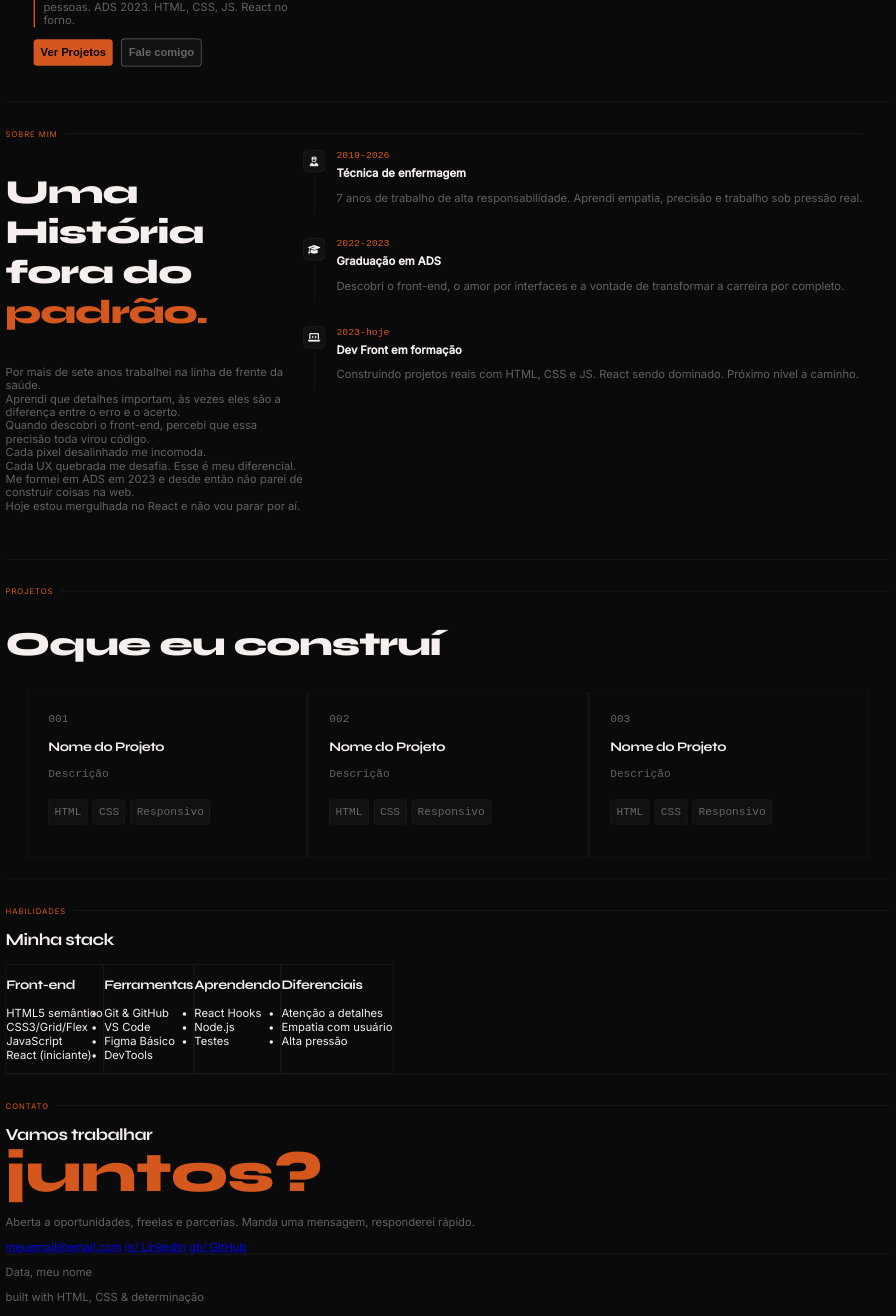
Repository: Bitroia/Portifolio
Page: index.html
An editor plug-in stored every save of this project. The page is shown before and after the next save, followed by the edit.
The browser window is 1280 px wide. The pictures show the part of the page from y = 670 to 2590 px (the page is 2550 px tall before and 2590 px after), at 70% of full size.
Some web fonts or font styles are not loaded; a fallback is used.

Above is the page before, as saved 2026-04-30 19:01:48.

### index.html
<!doctype html>
<html lang="pt-br">
  <head>
    <meta charset="UTF-8" />
    <meta name="viewport" content="width=device-width, initial-scale=1.0" />
    <link rel="stylesheet" href="styles/style.css" />
    <script src="scripts/script.js" defer></script>
    <link
      href="https://fonts.googleapis.com/css2?family=Syne:wght@400;700;800&family=Inter:wght@300;400;500&display=swap"
      rel="stylesheet"
    />
    <link
      href="https://fonts.googleapis.com/css2?family=Syne:wght@400;700;800&family=Syne+Mono&family=Inter:wght@300;400;500&display=swap"
      rel="stylesheet"
    />
    <link
      rel="stylesheet"
      href="https://cdnjs.cloudflare.com/ajax/libs/font-awesome/6.5.0/css/all.min.css"
    />
    <title>Meu portifólio</title>
  </head>
  <body>
    <header>
      <nav id="nav-container">
        <h2>vitoria.cardozo</h2>
        <ul id="ul-container">
          <li><a href="#">SOBRE</a></li>
          <li><a href="#">PROJETOS</a></li>
          <li><a href="#">SKILLS</a></li>
          <li><a href="#">CONTATO</a></li>
        </ul>
      </nav>
    </header>
    <main>
      <section id="hero-section">
        <section id="sections-container">
          <section id="introduction-section">
            <div id="available-container">
              <span class="dot-2"></span>
              <p class="available-p">Disponível para oportunidades</p>
            </div>
            <span class="line-1">Front-end</span>
            <span class="line-2">que veio da</span>
            <span class="accent">linha de frente</span>
            <p class="p-introduction">
              Da enfermagem para o código. Construo interfaces <br />
              com a mesma precisão que aprendi cuidando de <br />
              pessoas. ADS 2023. HTML, CSS, JS. React no forno.
            </p>
            <button id="projects-btn">Ver Projetos</button>
            <button id="talk-to-me-btn">Fale comigo</button>
          </section>
          <section id="secondary-section">
            <div id="info-container">
              <div class="terminal-bar">
                <span class="dot red"></span>
                <span class="dot yellow"></span>
                <span class="dot green"></span>
                <span class="terminal-title">perfil.json</span>
              </div>
              <div id="code-info-container">
                <pre><code><span class="t-comment">// desenvolvendo front-end</span>
          {
        <span class="t-key">"nome"</span>: <span class="t-str">"Vitoria Cardozo"</span>,
        <span class="t-key">"stack"</span>: [<span class="t-str">"HTML"</span>, <span class="t-str">"CSS"</span>, <span class="t-str">"JS"</span>, <span class="t-str">"React"</span>],
        <span class="t-key">"formação"</span>: <span class="t-str">"ADS 2023"</span>,
        <span class="t-key">"background"</span>: <span class="t-str">"Enfermagem"</span>,
        <span class="t-key">"status"</span>: <span class="t-const">open_to_work</span>
         }
                </code></pre>
              </div>
            </div>
            <ul class="mini-cards-container">
              <li class="mini-card">
                <span class="num">5+</span>
                <span class="label">Anos desenvolvendo atenção a detalhes</span>
              </li>
              <li class="mini-card">
                <span class="num">ADS</span>
                <span class="label"
                  >Graduação em Análise e desenvolvimento de Sistemas</span
                >
              </li>
              <li class="mini-card">
                <span class="num">3+</span>
                <span class="label">Projetos front-end no portfólio</span>
              </li>
              <li class="mini-card">
                <span class="num">&#8734;</span>
                <span class="label">Vontade de aprender e crescer</span>
              </li>
            </ul>
          </section>
        </section>
      </section>
      <section id="about-me-section">
        <span class="title">Sobre mim</span>
        <section id="history-section">
          <h1 class="font-history">
            <span class="font-history-1">Uma História</span><br />fora do
            <span class="font-history-2">padrão.</span>
          </h1>
          <p>
            Por mais de sete anos trabalhei na linha de frente da saúde. <br />
            Aprendi que detalhes importam, às vezes eles são a diferença entre o
            erro e o acerto. <br />
            Quando descobri o front-end, percebi que essa precisão toda virou
            código. <br />
            Cada pixel desalinhado me incomoda. <br />
            Cada UX quebrada me desafia. Esse é meu diferencial. <br />
            Me formei em ADS em 2023 e desde então não parei de construir coisas
            na web. <br />
            Hoje estou mergulhada no React e não vou parar por aí.
          </p>
        </section>
        <section id="experiences-section">
          <dl class="experiences-list">
            <div class="exp-row">
              <div class="exp-item">
                <div class="box-icon">
                  <i class="fa-solid fa-user-nurse icon"></i>
                </div>
              </div>
              <div class="exp-content">
                <dt class="date-exp">2019-2026</dt>
                <dd class="desc-exp">
                  <strong>Técnica de enfermagem</strong>
                  <p>
                    7 anos de trabalho de alta responsabilidade. Aprendi
                    empatia, precisão e trabalho sob pressão real.
                  </p>
                </dd>
              </div>
            </div>
            <div class="exp-row">
              <div class="exp-item">
                <div class="box-icon">
                  <i class="fa-solid fa-graduation-cap icon"></i>
                </div>
              </div>
              <div class="exp-content">
                <dt class="date-exp">2022-2023</dt>
                <dd class="desc-exp">
                  <strong>Graduação em ADS</strong>
                  <p>
                    Descobri o front-end, o amor por interfaces e a vontade de
                    transformar a carreira por completo.
                  </p>
                </dd>
              </div>
            </div>
            <div class="exp-row">
              <div class="exp-item">
                <div class="box-icon">
                  <i class="fa-solid fa-laptop-code icon"></i>
                </div>
              </div>
              <div class="exp-content">
                <dt class="date-exp">2023-hoje</dt>
                <dd class="desc-exp">
                  <strong>Dev Front em formação</strong>
                  <p>
                    Construindo projetos reais com HTML, CSS e JS. React sendo
                    dominado. Próximo nível a caminho.
                  </p>
                </dd>
              </div>
            </div>
          </dl>
        </section>
      </section>
      <section id="projects-section">
        <span class="title">Projetos</span>
        <h2 class="font-build">Oque eu construí</h2>
        <div id="article-container">
          <article class="project-card">
            <a href="#" class="link-overlay" target="_blank"></a>
            <span class="num-article">001</span>
            <h3>Nome do Projeto</h3>
            <p>Descrição</p>
            <ul class="tech-tags">
              <li>HTML</li>
              <li>CSS</li>
              <li>Responsivo</li>
            </ul>
          </article>
          <article class="project-card">
            <a href="#" class="link-overlay" target="_blank"></a>
            <span class="num-article">002</span>
            <h3>Nome do Projeto</h3>
            <p>Descrição</p>
            <ul class="tech-tags">
              <li>HTML</li>
              <li>CSS</li>
              <li>Responsivo</li>
            </ul>
          </article>
          <article class="project-card">
            <a href="#" class="link-overlay" target="_blank"></a>
            <span class="num-article">003</span>
            <h3>Nome do Projeto</h3>
            <p>Descrição</p>

            <ul class="tech-tags">
              <li>HTML</li>
              <li>CSS</li>
              <li>Responsivo</li>
            </ul>
          </article>
        </div>
      </section>
      <section id="skills-section">
        <span class="title">Habilidades</span>
        <h1>Minha stack</h1>
        <div id="stacks-container">
          <article class="stack-card">
            <h3>Front-end</h3>
            <ul class="stack-ul">
              <li>HTML5 semântico</li>
              <li>CSS3/Grid/Flex</li>
              <li>JavaScript</li>
              <li>React (iniciante)</li>
            </ul>
          </article>
          <article class="stack-card">
            <h3>Ferramentas</h3>
            <ul class="stack-ul">
              <li>Git & GitHub</li>
              <li>VS Code</li>
              <li>Figma Básico</li>
              <li>DevTools</li>
            </ul>
          </article>
          <article class="stack-card">
            <h3>Aprendendo</h3>
            <ul class="stack-ul">
              <li>React Hooks</li>
              <li>Node.js</li>
              <li>Testes</li>
            </ul>
          </article>
          <article class="stack-card">
            <h3>Diferenciais</h3>
            <ul class="stack-ul">
              <li>Atenção a detalhes</li>
              <li>Empatia com usuário</li>
              <li>Alta pressão</li>
            </ul>
          </article>
        </div>
      </section>
      <section id="go-to-work-section">
        <span class="title">Contato</span>
        <h1>
          Vamos trabalhar
          <span class="accent">juntos?</span>
        </h1>
        <p>
          Aberta a oportunidades, freelas e parcerias. Manda uma mensagem,
          responderei rápido.
        </p>
        <a href="#" class="contact-link">meuemail@email.com</a>
        <a href="#" class="contact-link">in/ LinkedIn</a>
        <a href="#" class="contact-link">gh/ GitHub</a>
      </section>
    </main>
    <footer>
      <p>Data, meu nome</p>
      <p>built with HTML, CSS & determinação</p>
    </footer>
  </body>
</html>

### styles/style.css
:root {
  --fundo-geral: #0a0a0a;
  --fundo-cards: #111111;
  --hovers: #d8b5b5;
  --text: #f5f0ee;
  --second-text: #f5f0ee61;
  --dark-text: #050202;
  --accent: #d4571e;
  --accent-hover: #ff6a2a;
  --border: #f5f0ee12;
  --t-str: #7dd3fc;
  --t-comment: #5a6a1f;
  --font-title: "Syne", sans-serif;
  --font-body: "Inter", sans-serif;
  --font-mono: 'Syne Mono', monospace;
}
@keyframes pulse {
  0%,
  100% {
    opacity: 1;
    transform: scale(1);
  }
  50% {
    opacity: 0.4;
    transform: scale(1.5);
  }
}
* {
  padding: 0;
}

h1,
h2,
h3 {
  font-weight: 600;
  letter-spacing: -0.03em;
  color: var(--text);
  font-family: var(--font-title);
}

.line-1,
.accent {
  font-family: var(--font-title);
  font-weight: 800;
}

.font-history {
  font-size: 3rem;
  font-weight: 800;
}

.font-history-2 {
  color: var(--accent);
}

p {
  color: var(--second-text);
  line-height: 1.2;
}

.title {
  display: flex;
  align-items: center;
  gap: 10px;
  width: 100%;
}
.title::after {
  content: "";
  flex: 1;
  height: 1px;
  background-color: var(--border);
}

body {
  background-color: var(--fundo-geral);
  color: var(--text);
  font-family: var(--font-body);
  font-weight: 400;
}

/* Header */

header {
  border-bottom: 1px solid var(--border);
}

#nav-container {
  display: flex;
  justify-content: space-between;
  padding: 0.5px;
}

#ul-container {
  display: flex;
  list-style: none;
  gap: 1rem;
}

#ul-container a {
  text-decoration: none;
  color: var(--second-text);
  font-size: 13px;
  transition: 0.5s;
}

#ul-container a:hover {
  color: var(--hovers);
}

/* Apresentação */

#available-container {
  display: flex;
  flex-direction: row;
  align-items: center;
  gap: 8px;
}

.line-1 {
  color: var(--text);
  display: block;
  font-size: 5rem;
  width: 100%;
  line-height: 1;
}

.line-2 {
  color: var(--second-text);
  display: block;
  font-size: 4rem;
  width: 100%;
  display: inline-block;
  line-height: 1;
}

.accent {
  color: var(--accent);
  font-size: 5rem;
  display: block;
  line-height: 1;
}

.available-p {
  color: var(--accent);
}

/* Cards */

#info-container {
  display: flex;
  flex-direction: column;
  width: 700px;
  border-radius: 5px;
}

.terminal-bar {
  display: flex;
  gap: 8px;
  align-items: center;
  padding: 10px 14px;
  background-color: #181818;
  border-bottom: 2px solid var(--fundo-cards);
  border-radius: 5px;
  margin-bottom: 0;
}
.dot-2 {
  background-color: #ccff00;
  animation: pulse 2s ease-in-out infinite;
  width: 5px;
  height: 5px;
  border-radius: 50%;
  display: inline-block;
}

.dot {
  width: 8px;
  height: 8px;
  border-radius: 50%;
  display: inline-block;
}

.dot.red {
  background-color: #ff5f57;
}
.dot.yellow {
  background: #ffbd2e;
}
.dot.green {
  background: #28c840;
}

.terminal-title {
  font-family: var(--font-mono);
  font-size: 11px;
  color: var(--second-text);
  margin: 0 auto;
}

#code-info-container {
  color: var(--second-text);
  background-color: var(--fundo-cards);
  border-radius: 3px;
  font-size: 12px;
  line-height: 2;
  height: 210px;
}

#code-info-container pre {
  margin: 0;
  padding: 1rem;
  white-space: pre; /* mantém a formatação do código */
  max-width: 100%; /* não vaza do pai */
}

.t-comment {
  color: var(--t-comment);
}

.t-key {
  color: var(--accent);
}

.t-str {
  color: var(--t-str);
}
/* Sessões */

#hero-section {
  padding: 0 40px 50px 0;
  margin-top: 3%;
  border-bottom: 1px solid var(--border);
}

#introduction-section {
  flex: 1;
}

#introduction-section .p-introduction {
  border-left: var(--accent) 2px solid;
  padding-left: 12px;
}

#secondary-section {
  width: 700px;
  height: 550px;
}

.mini-cards-container {
  display: grid;
  grid-template-columns: repeat(2, 1fr);
  gap: 16px;
  width: 700px;
}

.mini-card {
  display: flex;
  border: 1px solid var(--border);
  padding: 30px;
  list-style: none;
  text-align: center;
  flex-direction: column;
  border-radius: 5px;
  flex: 0 0 calc(50% - 8px);
  background-color: var(--fundo-cards);
}

.num {
  color: var(--accent);
  font-family: var(--font-title);
  font-size: 23px;
  font-weight: 800;
  letter-spacing: -0.03em;
  margin-bottom: 6px;
  text-align: left;
}

.mini-card .label {
  color: var(--second-text);
  text-align: left;
  margin-top: 5px;
  font-size: 16px;
  font-family: var(--font-mono);
}

#sections-container {
  display: flex;
  gap: 40px;
  margin-top: 3%;
  padding: 0 40px;
}

#introduction-section p {
  justify-self: left;
  display: block;
}

#about-me-section {
  padding: 0 40px 50px 0;
  margin-top: 3%;
  border-bottom: 1px solid var(--border);
  display: flex;
  flex-wrap: wrap;
}

.title,
.available-p {
  font-family: var(--mono);
  font-size: 11px;
  letter-spacing: 0.12em;
  text-transform: uppercase;
  color: var(--accent);
  display: flex;
  align-items: center;
  gap: 10px;
}

#history-section {
  flex: 1;
}

.date-exp {
  color: var(--accent);
  font-family: var(--font-mono);
  font-size: 14px;
  margin-bottom: 3px;
}

.experiences-list {
  display: flex;
  flex-direction: column;
  gap: 32px; /* espaço entre cada experiência */
}

.exp-item {
  position: relative;
}

.exp-content {
  display: flex;
  flex-direction: column;
}

.desc-exp {
  margin: 4px 0 0 0;
}

.box-icon {
  position: relative;
  flex-shrink: 0; /* impede o ícone de encolher */
  display: flex;
  align-items: center;
  border: 1px solid var(--border);
  justify-content: center;
  width: 30px;
  height: 30px;
  border-radius: 8px;
  background-color: var(--fundo-cards);
}

.icon {
  font-size: 14px;
}

.exp-item:not(:last-child) .box-icon::after {
  content: "";
  position: absolute;
  top: 100%;
  left: 50%;
  transform: translateX(-50%);
  width: 1px;
  height: 60px;
  background-color: var(--border);
}

/* Linha do tempo */

.exp-row {
  display: flex;
  gap: 16px;
  align-items: flex-start;
}

#projects-section {
  margin-top: 3%;
  border-bottom: 1px solid var(--border);
}

.font-build{
  font-size: 3rem;
  font-weight: 800;
}

#article-container{
  display: flex;
  margin: 30px;
  font-family: var(--font-mono);
}

.project-card{
  border: 1px solid var(--border);
  padding: 30px;
  width: 90%;
  text-align: left;
  border-radius: 5px;
  cursor: pointer;
  position: relative;
  overflow: hidden;
}

.project-card::before{
  content: '';
  position: absolute;
  top: 0;
  left: 0;
  right: 0;
  height: 2px;
  background: var(--accent);
  transform: scaleX(0);
  transform-origin: left;
  transition: transform 0.3s ease;
}

.project-card:hover{

background-color: var(--border);
}

.project-card:hover::before {
  transform: scaleX(1);
}

.link-overlay{
  position: absolute;
  inset: 0;
}

.num-article{
  color: var(--second-text);
  font-family: var(--font-mono);
}

.tech-tags{
  list-style: none;
  display: flex;
  gap: 7px;
}

.tech-tags li{
  border: 1px solid var(--border);
  text-align: center;
  background-color: var(--fundo-cards);
  border-radius: 5px;
  padding: 8px;
  color: var(--second-text);
  margin-top: 10px;
}

#skills-section {
  margin-top: 3%;
  border-bottom: 1px solid var(--border);
}

#stacks-container{
  display: flex;
}

.stack-card{
  border: 1px solid var(--border);
}

#go-to-work-section {
  margin-top: 3%;
  border-bottom: 1px solid var(--border);
}
/* Botões */

#projects-btn {
  background-color: var(--accent);
  padding: 10px;
  border-radius: 5px;
  border: none;
  color: var(--dark-text);
  font-size: 1rem;
  font-weight: 600;
  text-align: center;
  transition: transform 0.2s ease;
}

#talk-to-me-btn {
  background-color: var(--fundo-cards);
  padding: 10px;
  border-radius: 5px;
  border: 1px solid var(--second-text);
  color: var(--second-text);
  margin-left: 7px;
  font-weight: 600;
  text-align: center;
  font-size: 1rem;
  transition: transform 0.2s ease;
}

#projects-btn:hover {
  background-color: var(--accent-hover);
  box-shadow:
    0 0 10px rgba(212, 87, 30, 0.6),
    0 0 20px rgba(212, 87, 30, 0.4);
  transform: translateY(-2px);
}

#talk-to-me-btn:hover {
  background-color: var(--fundo-geral);
  color: var(--accent);
  border: 1px solid var(--accent);
  transform: translateY(-3px);
}

Loaded but not shown: scripts/script.js (no stored copy; drawn as an empty file)

After the next save:
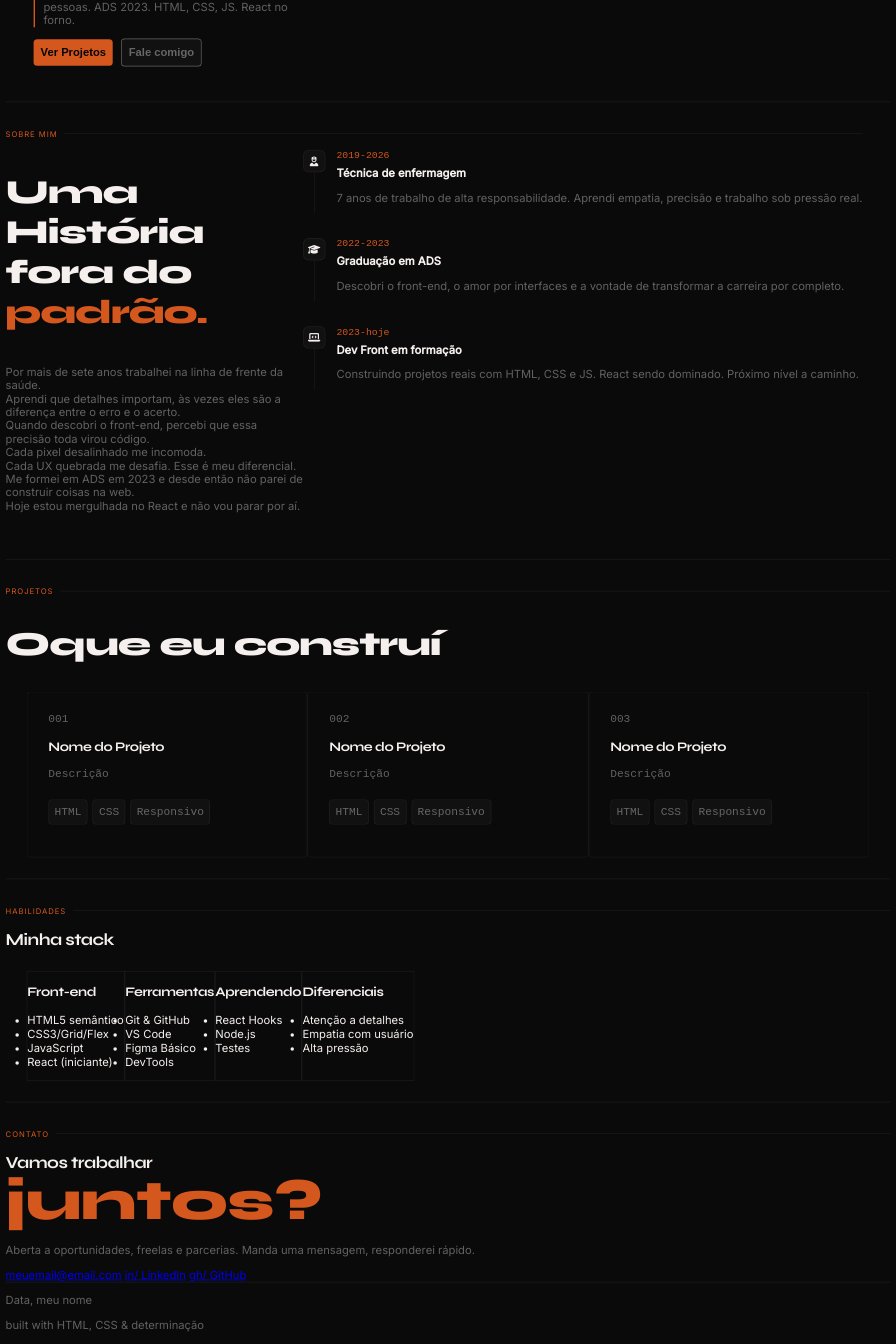
Saved 36 s later.
--- a/styles/style.css
+++ b/styles/style.css
@@ -462,6 +462,7 @@ background-color: var(--border);
 
 #stacks-container{
   display: flex;
+  margin: 30px;
 }
 
 .stack-card{
